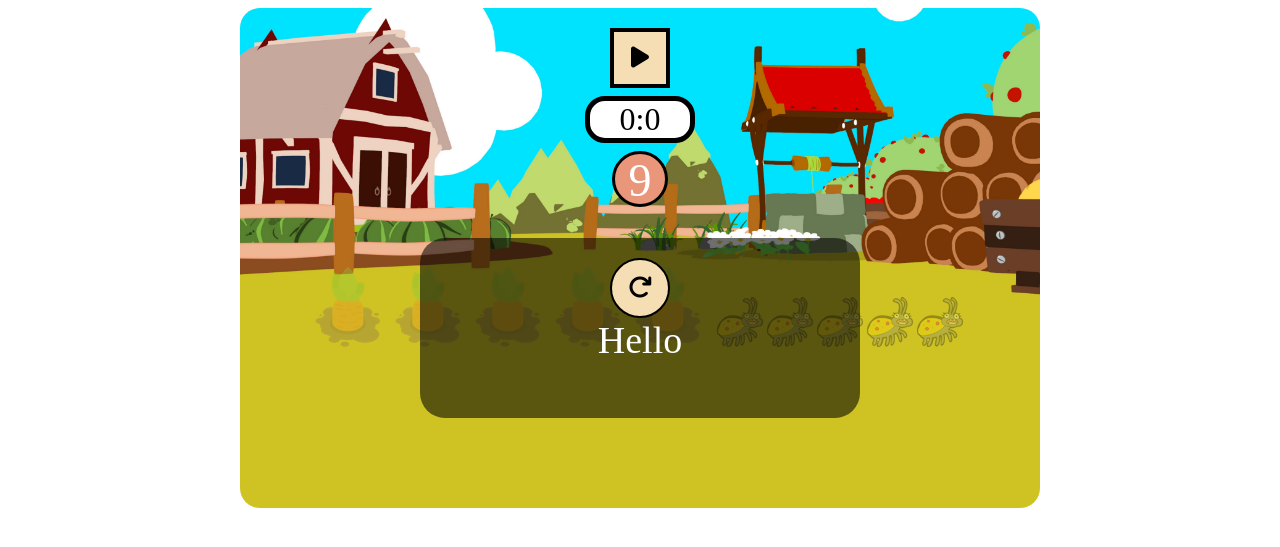
Repository: rumor1993/DreamCoding-Browser101
Page: Chapter07/ellie/index.html
These files come from the project's save history. The page is drawn as it stood at one moment and after the next save; the edit follows.
The browser window is 1280 px wide. The pictures show the whole page.
Some web libraries are served in a nearby version.

Above is the page before, as saved 2021-01-03 21:42:11.

After the next save:
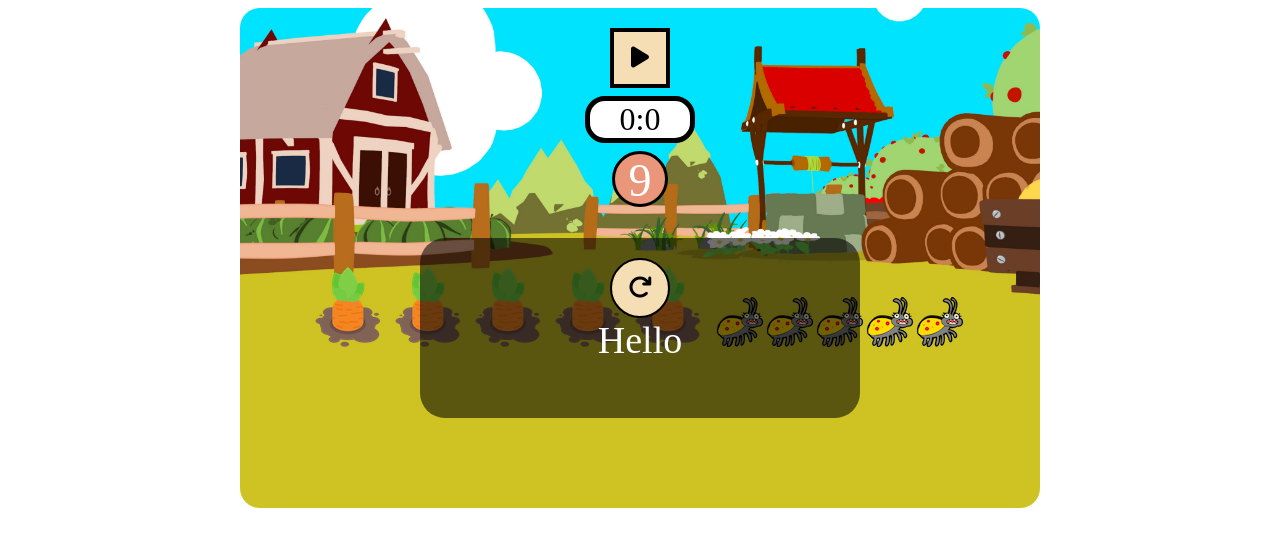
Saved 5 s later.
--- a/Chapter07/ellie/index.css
+++ b/Chapter07/ellie/index.css
@@ -64,7 +64,6 @@ body {
   width: 100%;
   height: 100%;
   margin-top: 40px;
-  opacity: 0.3;
 }
 
 .pop-up {
